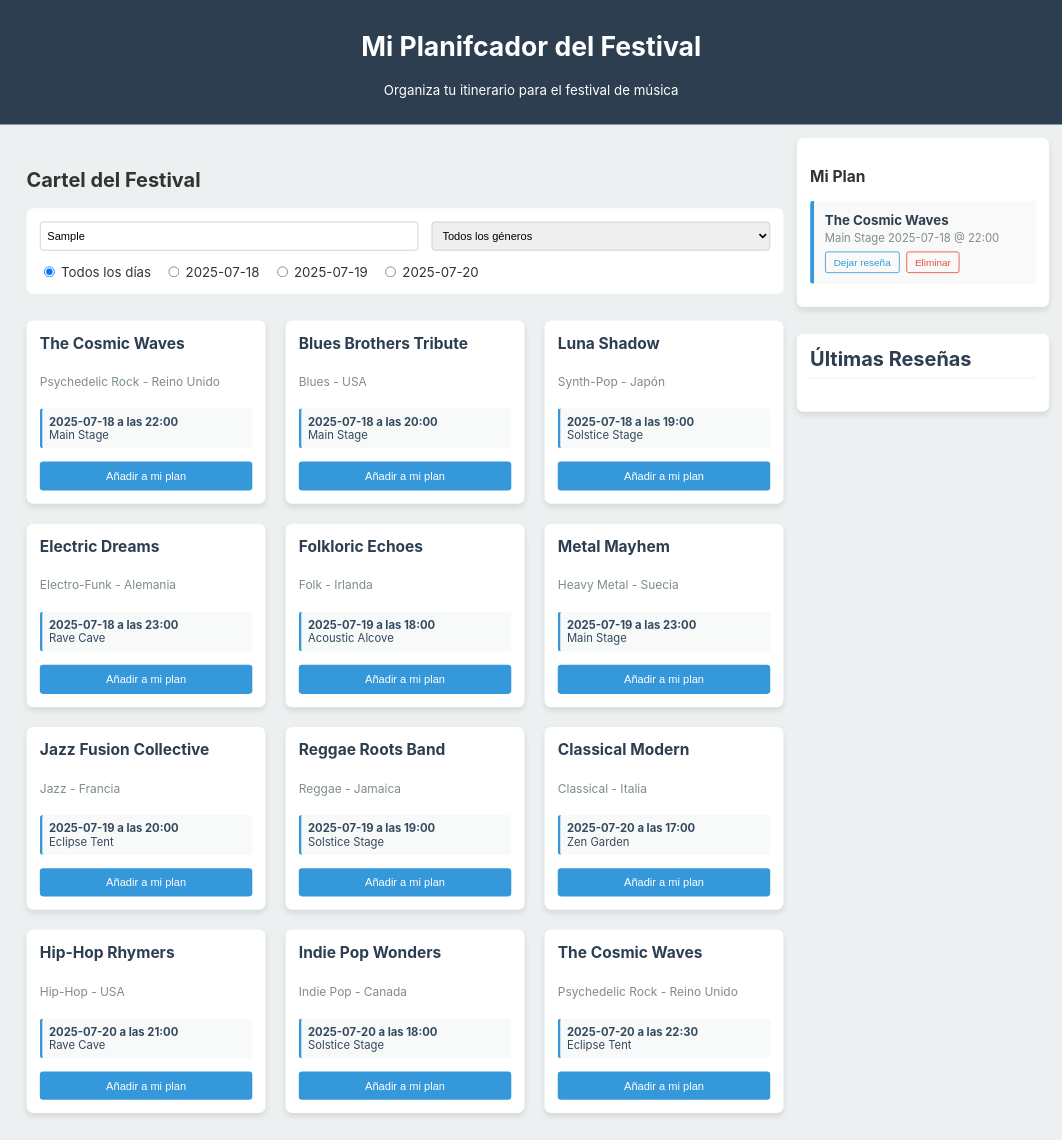
Repository: rotoforze/DWEC
Page: 2_examen_alexBernardos/index.html
These files come from the project's save history. The page is drawn as it stood at one moment and after the next save; the edit follows.
The browser window is 1280 px wide. The pictures show the whole page, at 83% of full size.
Empty fields were first filled with sample values (such as "Sample", 5 or name@example.com).
After loading, the first visible `button.add-to-plan` was clicked once.

Above is the page before, as saved 2025-12-12 12:42:24.

After the next save:
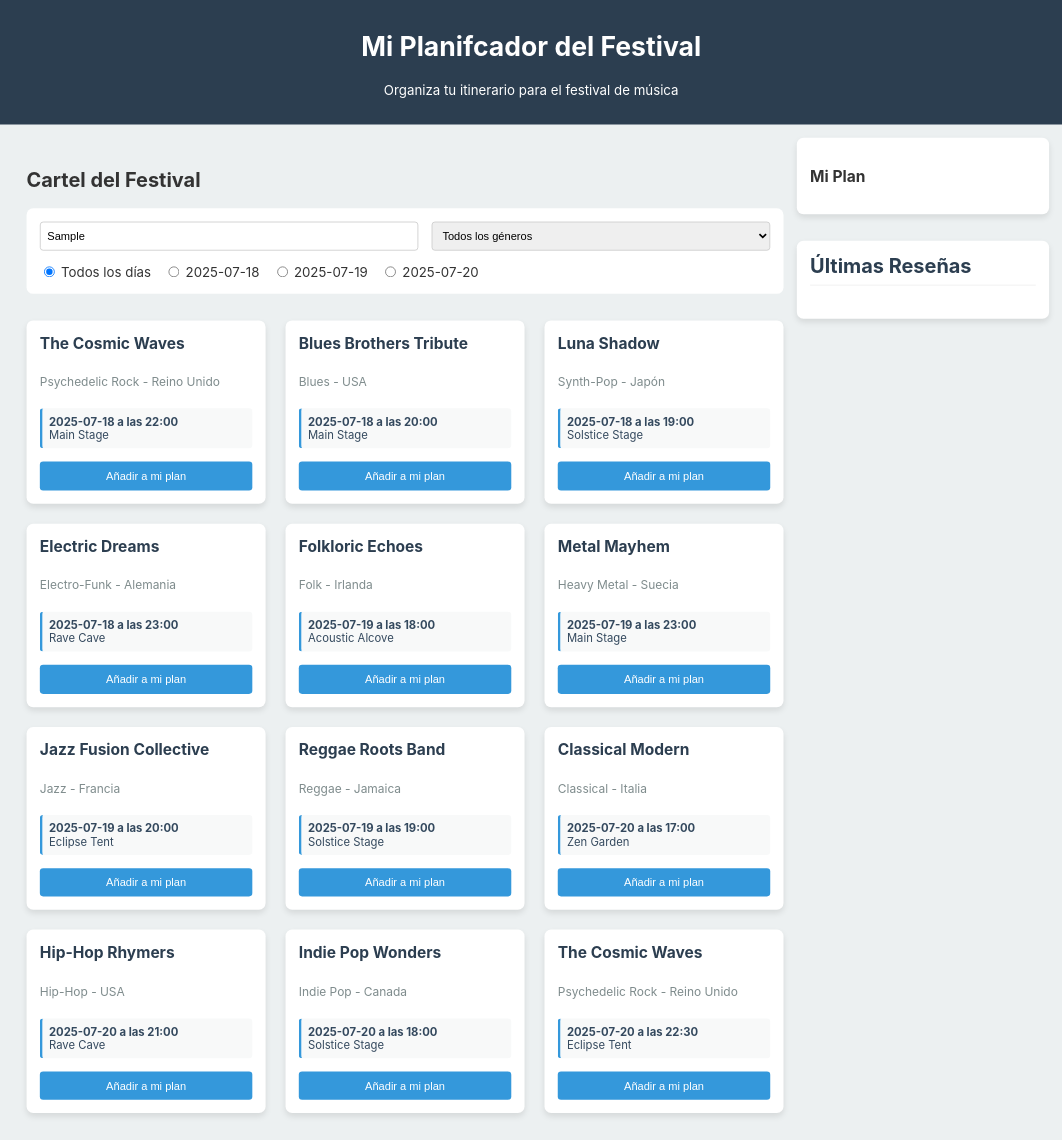
Console error: ReferenceError: escenarioId is not defined
Saved 57 s later.
--- a/2_examen_alexBernardos/js/renderer.js
+++ b/2_examen_alexBernardos/js/renderer.js
@@ -63,7 +63,8 @@
 
         const id = planes.add(horario) - 1
         document.querySelector("#plan-list").innerHTML += (`
-            <li class="plan-item-info" data-id="${id}">
+            <li class="plan-item-info" data-artistaid="${horario.artistaId}"
+            data-escenarioid="${horario-escenarioId}" data-dia="${horario.dia}">
                 <strong>${getArtista(horario.artistaId).nombre}</strong>
                 <span>${getEscenario(horario.escenarioId).nombre} ${horario.dia} @ ${horario.horaInicio}</span>
                 <div class="plan-item-actions">

After the 4 saves that followed:
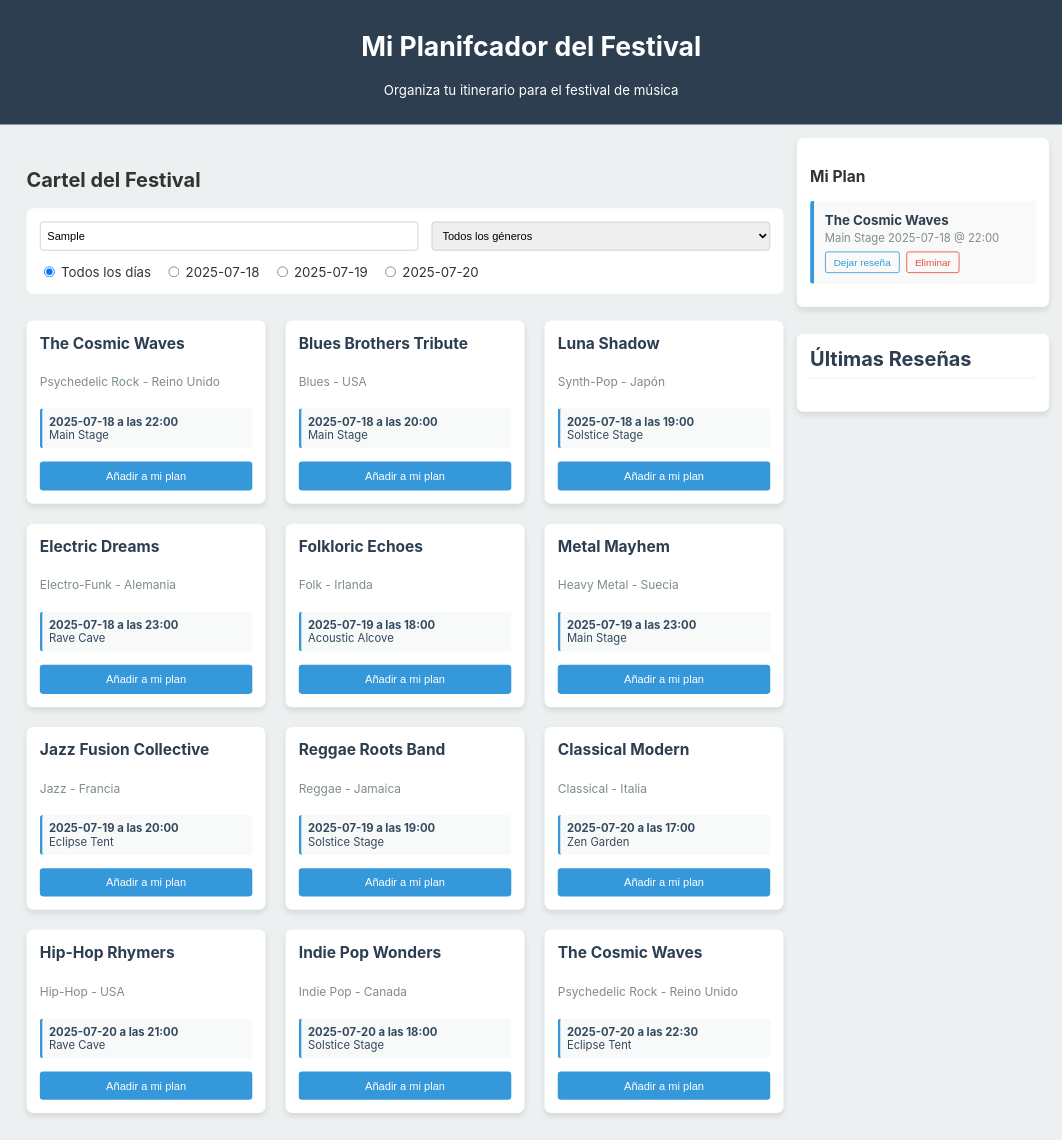
The error is gone.
The 4 saves are shown as one change because 3 left the picture as it was.
The last was saved 88 s later.
--- a/2_examen_alexBernardos/js/renderer.js
+++ b/2_examen_alexBernardos/js/renderer.js
@@ -64,7 +64,7 @@
         const id = planes.add(horario) - 1
         document.querySelector("#plan-list").innerHTML += (`
             <li class="plan-item-info" data-artistaid="${horario.artistaId}"
-            data-escenarioid="${horario-escenarioId}" data-dia="${horario.dia}">
+            data-escenarioid="${horario.escenarioId}" data-dia="${horario.dia}">
                 <strong>${getArtista(horario.artistaId).nombre}</strong>
                 <span>${getEscenario(horario.escenarioId).nombre} ${horario.dia} @ ${horario.horaInicio}</span>
                 <div class="plan-item-actions">
@@ -76,8 +76,11 @@
         document.querySelectorAll(".btn-delete").forEach((btn) => {
             btn.addEventListener("click", () => {
                 console.log(planes)
-                planes.delete(btn.parentElement.parentElement.getAttribute("data-id"));
-                btn.parentElement.parentElement.remove();
+                const padreConDatos = btn.parentElement.parentElement;
+                planes.delete(getHorario(padreConDatos.getAttribute("data-artistaid"),
+                        padreConDatos.getAttribute("data-escenarioid"),
+                        padreConDatos.getAttribute("data-dia")));
+                padreConDatos.remove();
             })
         })
         console.log(planes)
